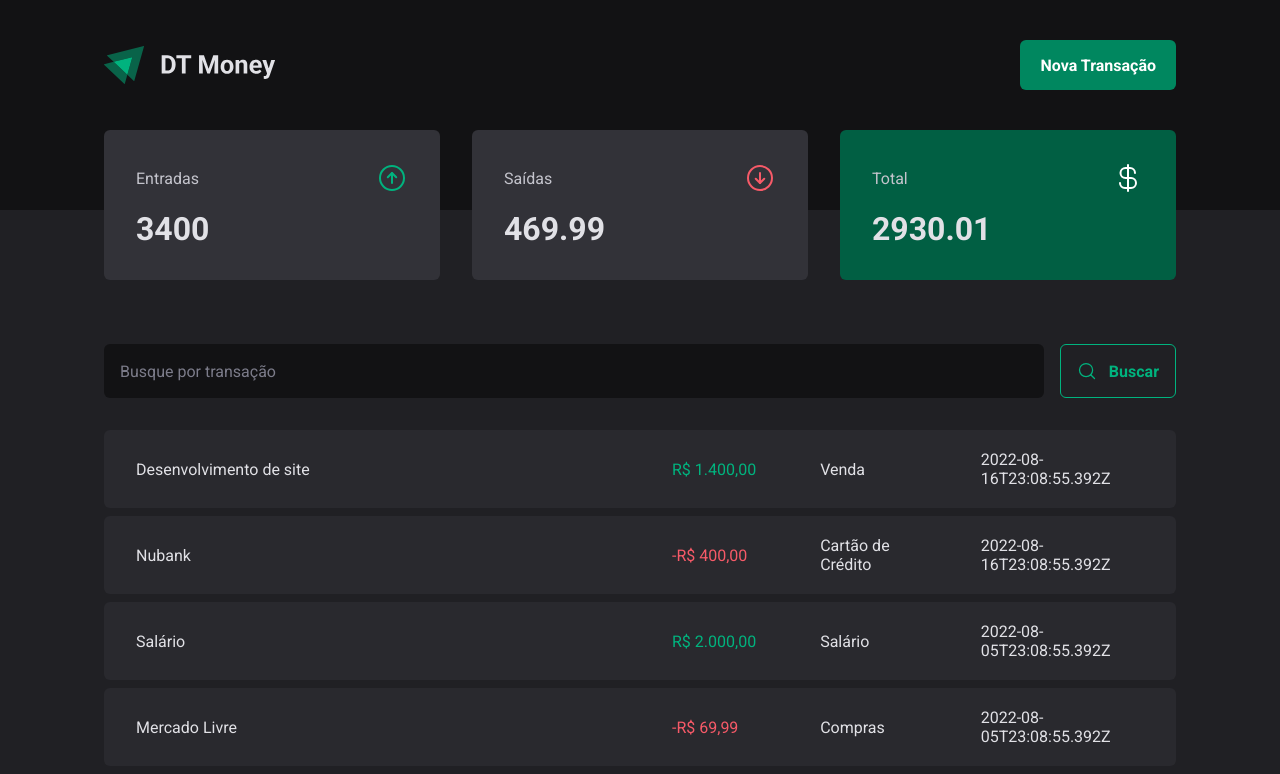
Repository: guilhermecardoso93/dtmoney-reactjs-ignite
Page: /
The author's editor kept a copy of each file at every save. The page is drawn from the files as they stood at one save, then again after the next save.
The browser window is 1280 px wide. The pictures show the whole page.
The project was rebuilt for these pictures with package versions that can differ from the ones it lists, and the page was loaded fresh each time. Requests to the local data server were answered from the project's data file. Also part of the build but not shown: vite.config.ts.

Above is the page before, as saved 2022-08-16 21:22:58.

After the next save:
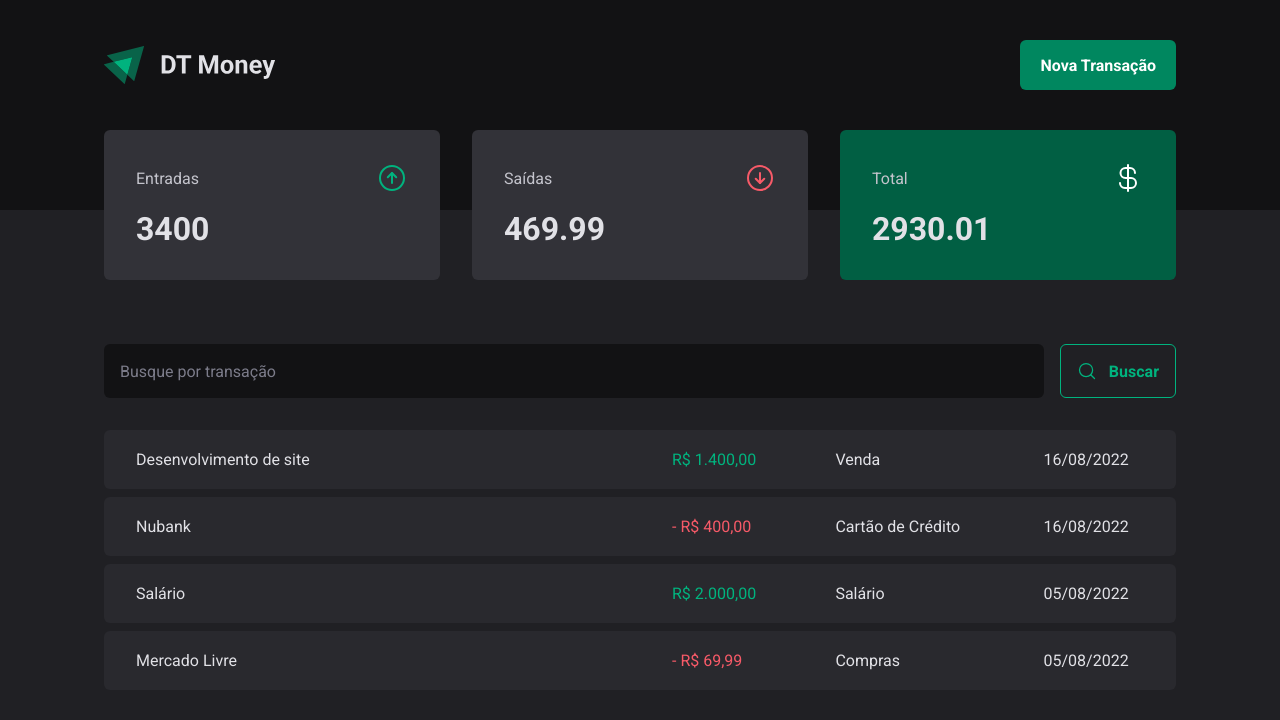
Saved 56 s later.
--- a/src/pages/Transactions/index.tsx
+++ b/src/pages/Transactions/index.tsx
@@ -27,12 +27,12 @@ export function Transactions() {
                     <td width="50%">{transaction.description}</td>
                     <td>
                       <PriceHighLight variant={transaction.type}>
-                        {transaction.type === 'outcome' && "-"}
+                        {transaction.type === 'outcome' && "- "}
                         {priceFormatter.format(transaction.price)}
                       </PriceHighLight>
                     </td>
                     <td>{transaction.category}</td>
-                    <td>{transaction.createdAt}</td>
+                    <td>{dateFormatter.format( new Date(transaction.createdAt))}</td>
                   </tr>
                 );
               })}
